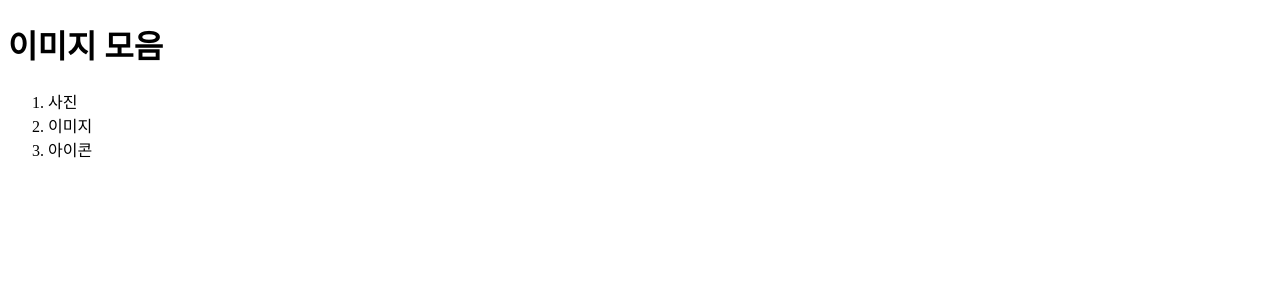
Repository: zzzzzzin/Client
Page: ClientTest/src/main/webapp/문제/Q08.html
The author's editor kept a copy of each file at every save. The page is drawn from the files as they stood at one save, then again after the next save.
The browser window is 1280 px wide. The pictures show the whole page.

Above is the page before, as saved 2024-03-13 07:35:38.

### ClientTest/src/main/webapp/문제/Q08.html
<!DOCTYPE html>
<html>
<head>
<meta charset="EUC-KR">
<title>Insert title here</title>
</head>
<body>
	<h1>이미지 모음</h1>
	<ol>
		<li>사진</li>
		<li>이미지</li>
		<li>아이콘</li>
	</ol>


</body>
</html>

After the next save:
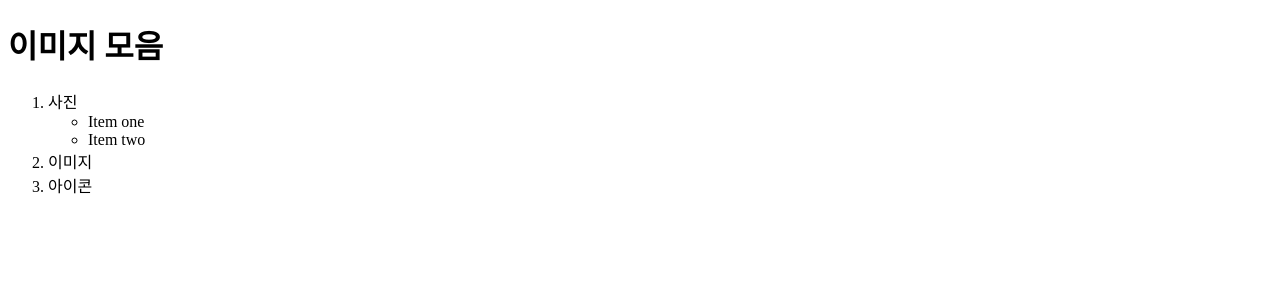
Saved 25 s later.
--- a/ClientTest/src/main/webapp/문제/Q08.html
+++ b/ClientTest/src/main/webapp/문제/Q08.html
@@ -7,7 +7,13 @@
 <body>
 	<h1>이미지 모음</h1>
 	<ol>
-		<li>사진</li>
+		<li>사진
+			<ul>
+				<li>Item one</li>
+				<li>Item two</li>
+			</ul>
+
+		</li>
 		<li>이미지</li>
 		<li>아이콘</li>
 	</ol>
